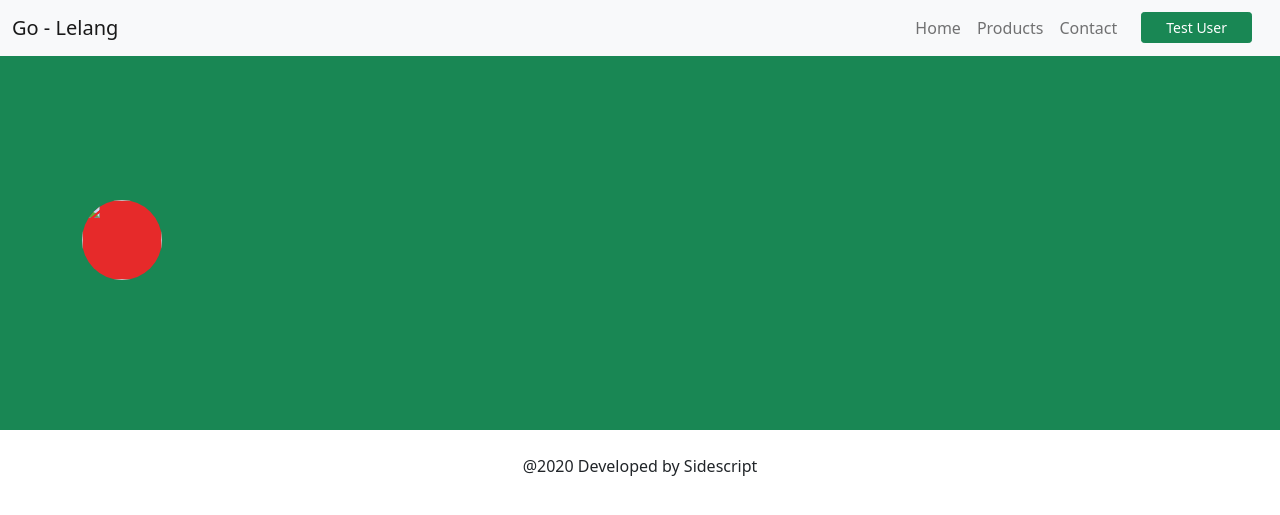
Repository: khulqu15/Go---Lelalng
Page: http://localhost/profile
These files come from the project's save history. The page is drawn as it stood at one moment and after the next save; the edit follows.
The browser window is 1280 px wide. The pictures show the whole page.
The page is served by the project's Laravel application, run on PHP 8.4 with Laravel 8. A made-up administrator, Test User (test@example.com), is signed in.

Above is the page before, as saved 2021-02-22 20:15:58.

After the next save:
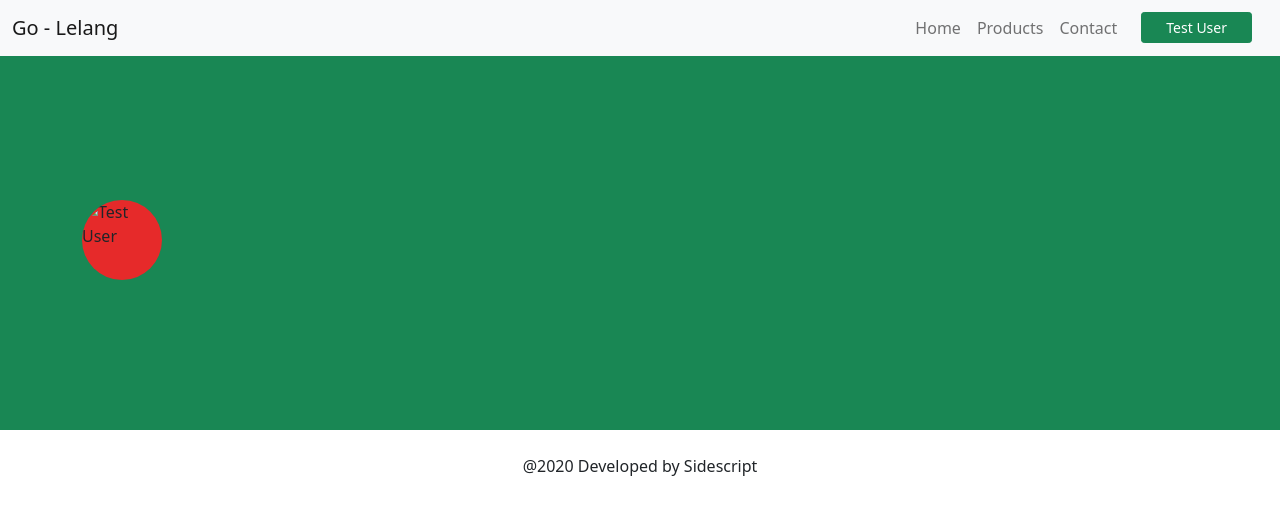
Saved 9 s later.
--- a/resources/views/page/profile.blade.php
+++ b/resources/views/page/profile.blade.php
@@ -8,7 +8,7 @@
         <div class="row py-5">
             <div class="col-md-12">
                 <div class="avatar-profile">
-                    <img src="{{ asset('img/user/'.Auth::user()->avatar) }}" alt="" class="image-fit-card">
+                    <img src="{{ asset('img/user/'.Auth::user()->avatar) }}" alt="{{ Auth::user()->name }}" class="image-fit-card">
                 </div>
             </div>
         </div>
